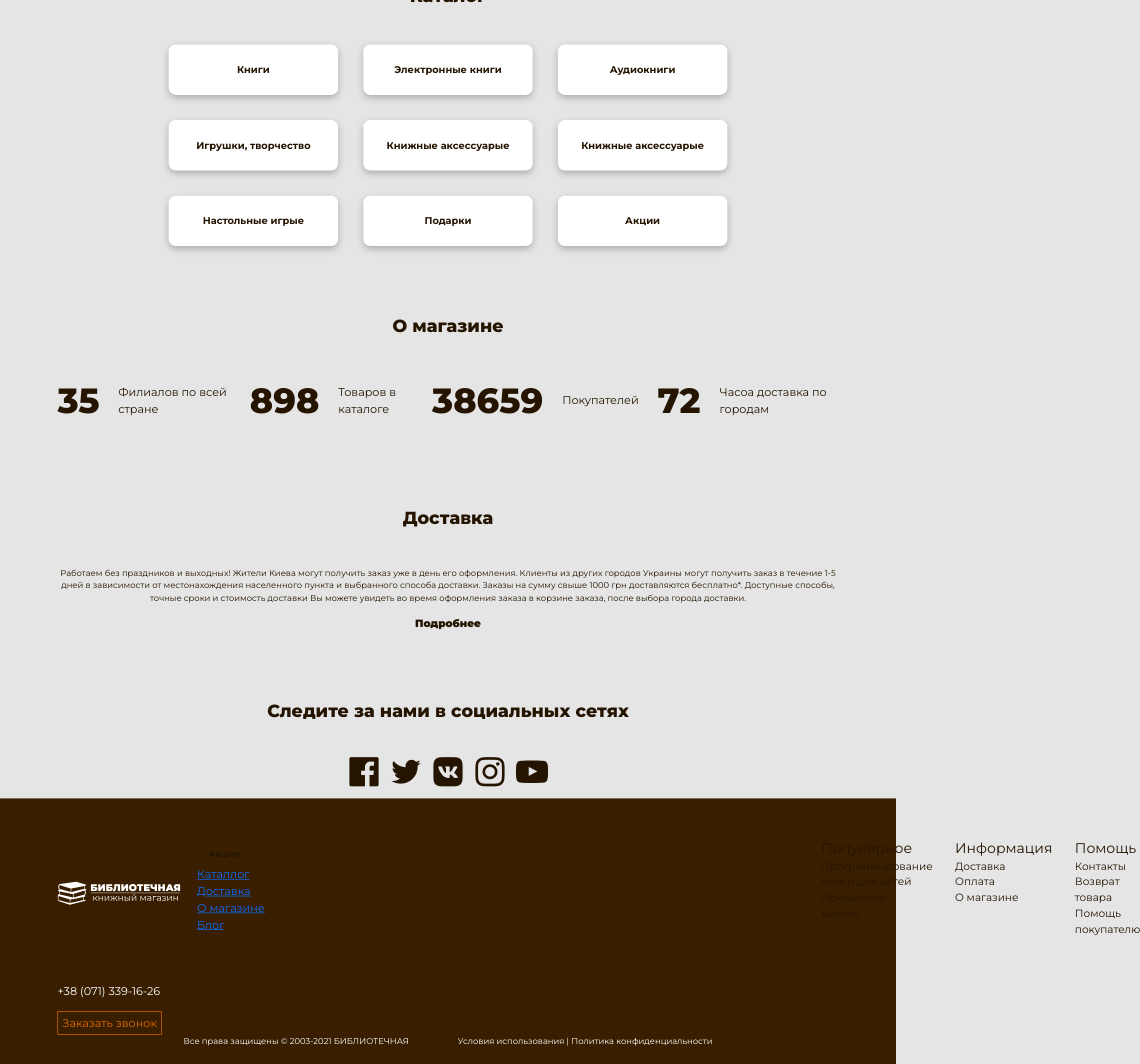
Repository: saidabbasun/Kutubxona
Page: /
The author's editor kept a copy of each file at every save. The page is drawn from the files as they stood at one save, then again after a run of saves.
The browser window is 1280 px wide. The page is 1629 px wide, so the pictures cover 1629 px, including what lies to the right of the window. The pictures show the part of the page from y = 2342 to 3862 px (the page is 3862 px tall), at 70% of full size.
The project was rebuilt for these pictures with package versions that can differ from the ones it lists, and the page was loaded fresh each time.

Above is the page before, as saved 2022-05-31 05:22:39.

### public/index.html
<!DOCTYPE html>
<html lang="en">
  <head>
    <meta charset="utf-8" />
    <link rel="icon" href="%PUBLIC_URL%/favicon.ico" />
    <meta name="viewport" content="width=device-width, initial-scale=1" />
    <meta name="theme-color" content="#000000" />

    <meta
      name="description"
      content="Web site created using create-react-app"
    />
    <link rel="stylesheet" href="https://unicons.iconscout.com/release/v4.0.0/css/line.css">

    <link href="https://cdn.jsdelivr.net/npm/bootstrap@5.0.2/dist/css/bootstrap.min.css" rel="stylesheet" integrity="sha384-EVSTQN3/azprG1Anm3QDgpJLIm9Nao0Yz1ztcQTwFspd3yD65VohhpuuCOmLASjC" crossorigin="anonymous">
    <title>React App</title>
  </head>
  <body>
    <noscript>You need to enable JavaScript to run this app.</noscript>
    <div id="root"></div>
    <script src="https://cdn.jsdelivr.net/npm/bootstrap@5.2.0-beta1/dist/js/bootstrap.bundle.min.js" ></script>

  </body>
</html>

### src/App.js
import Home from "./Components/Home/Home.jsx"
import Catagory from './Components/Home/Catagory';
import './Style/Globl/_globl.scss'
import Aktsiya from "./Components/Aktsiya/Aktsiya.jsx";
import Catalog from "./Components/Ctalog/Catalog.jsx";
import About from "./Components/About/About.jsx";
import Dastafka from "./Components/Dastafka/Dastafka.jsx";
import Blog from "./Components/Blog/Blog.jsx";
import Footer from "./Components/Footer/Footer.jsx";
function App() {
  return (
    <div>
    <Home/>
    <Catagory/>
    <Aktsiya/>
    <Catalog/>
    <About/>
    <Dastafka/>
    <Blog/>
    <Footer/>
    </div>
  );
}

export default App;

### src/Components/Home/Home.jsx
import React from 'react'
import Header from './Header'
import Slider from '../../assets/img/Слайдер.png'
import '../../Style/Home/Home.scss';
const Home = () => {
  return (
    <div >
      <Header/>
      <div className=" container-xl  Aktsiya " id='Aktsiya'  >

      <div className="card">
  <div className="card-body ">
    <h1 className="card-title ">Киниги от  А до Я</h1>
    <p className="card-text">В нашем магазине можно найти книгу на любой вкус. Большой ассортимент. Приятные цены. Интересные сюжеты.</p>
    <a href="#" className="btn">Перейти в каталог</a>

</div>
</div>

        <div className=" HomeSlider">
          <img className='HomeSlider' src={Slider} alt="Slider" />
        </div>
      </div>


    </div>
  )
}

export default Home;

### src/Components/Home/Catagory.jsx
import "../../Style/Home/Catagory.scss";

import React from 'react'

import Carusel from "./Carusel";

const Catagory = () => {
  return (
    <div>
       <div className="mt-5 container-xl caruselContainer" >
          <nav class="navbar navbar-expand-xl navbar-light  d-flex align-items-center ">
            <a class="navbar-brand fw-bold">Горячие поступления </a>

            <ul class="navbar-nav mr-auto">
              <li class="nav-item active">
                <a class="nav-link" href="#">
                  Фантастика
                </a>
              </li>
              <li class="nav-item">
                <a class="nav-link" href="#">
                  Саморазвитие
                </a>
              </li>
              <li class="nav-item">
                <a class="nav-link" href="#">
                  Детективы
                </a>
              </li>
              <li class="nav-item active">
                <a class="nav-link" href="#">
                  Детские
                </a>
              </li>
              <li class="nav-item">
                <a class="nav-link" href="#">
                  Аудиокниги
                </a>
              </li>
              <li class="nav-item">
                <a class="nav-link" href="#">
                  Другие
                </a>
              </li>
            </ul>
          </nav>

          <Carusel/>

          </div>
    </div>
  )
}

export default Catagory

### src/Style/Globl/_globl.scss
@import './variable';
@import './font-face.scss';
@import './Media.scss';

*{
    box-sizing: border-box;
    margin: 0;
    padding: 0;
    color: $color_text  ;
    list-style: none;
}
body{
    font-family: Montserrat;
    background: $color_bg;
    color: $color_text;
}

textarea:hover,
input:hover,
textarea:active,
input:active,
textarea:focus,
input:focus,
button:focus,
button:active,
button:hover,
label:focus,
.btn.active
{

    outline:0px !important;
    -webkit-appearance:none;
    box-shadow: none !important;
}
.container{
    width: 80vw;
    margin: 0 auto;
}
button,
a,
i{
    cursor: pointer;
}

### src/Components/Aktsiya/Aktsiya.jsx
import React from 'react'
import '../../Style/Aktsiya/Aktsiya.scss'
import Carusel from '../Home/Carusel'
import '../../Style/Home/Catagory.scss'
const Aktsiya = () => {
  return (
    <div>
        <div className="container-xl caruselContainer pt-5 mt-5" >
         <div className="title">
             <p>Распродажа</p>
         </div>

         <Carusel/>
         </div>

    </div>
  )
}

export default Aktsiya

### src/Components/Ctalog/Catalog.jsx
import React from 'react'
  import '../../Style/Catalog/Catalog.scss';
const Catalog = () => {

 const  listItem=['Книги','Электронные книги','Аудиокниги','Игрушки, творчество','Книжные аксессуарые','Книжные аксессуарые','Настольные игрые','Подарки','Акции']
  return (
    <div className=' container-xl  mt-5' id='Katalog'>
        <div className="title   pt-5">
            <p>Каталог</p>
        </div>
        <div className="CatalogWrapper" >
          {listItem.map((text,ind)=>(

     <a key={ind}   className='Button ' href="#"> <span className='btnText'>{text} </span></a>



          ))}
          </div>
        </div>

  )
}

export default Catalog

### src/Components/About/About.jsx
import React from 'react'
import '../../Style/About/Abot.scss'
const About = () => {
const listItem=[
    {id:1, Namber:35,Text:'  Филиалов по всей стране'},
    {id:2, Namber:  898,Text:'   Товаров в каталоге'},
    {id:3, Namber:  38659,Text:' Покупателей'},
    {id:4, Namber:72,Text:'   Часоа доставка по городам'},
]
  return (

           <div className="container-xl pt-5 mt-5" id='About'>
               <div className="title">
             <p>О магазине</p>
         </div>
         <div className="Wrapperr">


               {listItem.map((data,id)=>(
         <div key={id} className='Wrapperr' >
         <p className="Namber">
             {data.Namber}
         </p>
         <p className="Text">
         {data.Text}
         </p>
         </div>
               ))}
           </div>



    </div>
  )
}

export default About

### src/Components/Dastafka/Dastafka.jsx
import React from 'react'
import '../../Style/Dastafka/Dastafka.scss'
const Dastafka = () => {
  return (
    <div className="container-xl pt-5 mt-5" id='About'>
    <div className="title">
        <p>Доставка</p>
    </div>
    <div className="d_Text">
        <p>Работаем без праздников и выходных! Жители Киева могут получить заказ уже в день его оформления. Клиенты из других городов Украины могут получить заказ в течение 1-5 дней в зависимости от местонахождения населенного пункта и выбранного способа доставки. Заказы на сумму свыше 1000 грн доставляются бесплатно*. Доступные способы, точные сроки и стоимость доставки Вы можете увидеть во время оформления заказа в корзине заказа, после выбора города доставки.


</p>
<a href="#" className='d_link'>Подробнее</a>
    </div>
    </div>
  )
}

export default Dastafka

### src/Components/Blog/Blog.jsx
import '../../Style/Blog/Blog.scss';
import React from 'react'

const Blog = () => {
  return (

         <div className="container-xl pt-5 mt-5" id='About'>
    <div className="title">
        <p>Следите за нами в социальных сетях</p>
    </div>

    <div className="Blog">
        <a href="#"><i class="uil uil-facebook blogIcon "></i></a>
        <a href="#"><i class="uil uil-twitter blogIcon"></i></a>
        <a href="#"><i class="uil uil-vk blogIcon"></i></a>
        <a href="#"><i class="uil uil-instagram blogIcon"></i></a>
        <a href="#"><i class="uil uil-youtube blogIcon"></i></a>
    </div>
 </div>
  )
}

export default Blog

### src/Components/Footer/Footer.jsx
import '../../Style/Footer/Footer.scss';
import React from 'react'
import Logo from '../../assets/icon/FooterLogo.svg'

const Footer = () => {
  return (
    <div className='Footer'>
        <div className="GridItem  container-xl">

       <div>
       <img src={Logo} alt="" />
       </div>
       <div className='footerNavMenu'>

        <ul className="menu ">
      <li className="item ">
        <a className="nav-link" href="#">Акции </a>
      </li>
      <li className="item">
        <a className="link" href="#">Каталлог</a>
      </li>
      <li className="item ">
        <a className="link" href="#">Доставка </a>
      </li>
      <li className="item">
        <a className="link" href="#">О магазине</a>
      </li>

      <li className="item">
        <a className="link " href="#">Блог</a>
      </li>
    </ul>
        </div>
      <div className="List">
        <ul>
            <li>Популярное</li>
            <li> Программирование</li>
            <li>Книги для детей</li>
            <li> Психология</li>
            <li> Бизнес</li>
        </ul>
        <ul>
            <li>Информация</li>
            <li>  Доставка  </li>
            <li> Оплата</li>
            <li>  O магазине</li>

        </ul>
        <ul>
            <li>Помощь</li>
            <li>  Контакты</li>
            <li> Возврат товара</li>
            <li> Помощь покупателю</li>

        </ul>
        </div>
        <div className="Tel">
            <p className="TelNumber">
            +38 (071) 339-16-26
            </p>
            <a href="#"><button className='tel_Btn   '>Заказать звонок</button></a>
        </div>
        </div>
        <div className="footerBootomText">
            <p className='Text'>Все права защищены © 2003-2021 БИБЛИОТЕЧНАЯ </p>
            <p className='Text'> Условия использования | Политика конфиденциальности</p>
        </div>
    </div>
  )
}

export default Footer

### src/Components/Home/Header.jsx

import React, { useEffect, useState }  from 'react'
import Logo  from '../../assets/icon/Logo.svg'
import Menu from '../../assets/icon/Menu.svg'
import '../../Style/Home/Header.scss'
const Header = () => {
  const [small, setSmall] = useState(false);

  useEffect(() => {
    if (typeof window !== "undefined") {
      window.addEventListener("scroll", () =>
        setSmall(window.pageYOffset >=100)
      );
    }
  }, []);
  return (
    <div className={`header ${
      small ? "HeaderBg" : ""
    }`}>
    <nav className="navbar container-xl justify-content-around navbar-expand-lg navbar-light ">
  <a className="navbar-brand" href="#">
    <img src={Logo} alt="logo" />
  </a>



    <ul className="navbar-nav ">
      <li className="nav-item active">
        <a className="nav-link" href="#">Акции </a>
      </li>
      <li className="nav-item">
        <a className="nav-link" href="#">Каталлог</a>
      </li>
      <li className="nav-item ">
        <a className="nav-link" href="#">Доставка </a>
      </li>
      <li className="nav-item">
        <a className="nav-link" href="#">О магазине</a>
      </li>

      <li className="nav-item">
        <a className="nav-link " href="#">Блог</a>
      </li>
    </ul>

  <form className="  searchForm">
  <i className="uil uil-search"></i>
      <input className="form-control" type="search" placeholder=" Поиск" aria-label="search"/>

    </form>
    <div className='heartCart d-flex  '>
    <i className="uil uil-heart"></i>
    <div className="cart d-flex align-items-center">
    <i className="uil uil-shopping-cart"></i>
    <div className="dropdown">
  <button  className="Btn  dropdown-toggle" type='button'  id="dropdownMenuButton" data-bs-toggle="dropdown" aria-haspopup="true" aria-expanded="false">
  2 228 грн.  </button>
  <ul className="dropdown-menu" aria-labelledby="dropdownMenuButton">
    <li><a className="dropdown-item" href="#">2 228 грн.</a></li>
    <li><a className="dropdown-item" href="#">3 228 грн.</a></li>
    <li><a className="dropdown-item" href="#"> 228 грн.</a></li>
  </ul>
</div>
</div>

        </div>
        <img className='menu  d-xxl-none ' src={Menu} alt="Menu" />
</nav>
</div>

  )
}

export default Header

### src/Style/Home/Home.scss
@import '../Globl/variable';
.Aktsiya{

   display: flex;
 align-items: center;
   row-gap: 200px;
   padding-top: 161px;
   padding-bottom:80px ;

.card{
    background-color: transparent;

    border: none;

}
.card-title{
    font-family: MontserratBolt;
    font-weight: 900;
font-size: 36px;
font-style: normal;
}

}
.HomeSlider{
    max-width: 600px;
}

### src/Style/Home/Catagory.scss
@import '../Globl/variable';

    .cardWrapper{
     padding: 50px   0 ;

    }

    .Catagorycard{

          margin: 20px 0px 20px 40px;
    max-width: 184px;
    box-shadow: 0px 4px 15px rgba(0, 0, 0, 0.25);
}
.card-title{
    font-family: MontserratBolt;
    font-weight: 700;
font-size: 18px;
}
.card-text{
    font-weight: 700;
font-size: 12px;
}
.bookName{
    font-family: MontserratBolt;
    font-style: normal;
font-weight: 700;
font-size: 12px;
}
.btn{
    font-family: MontserratBolt;
    background-color:$color_HeartCart ;
    box-shadow: 0px 3px 8px rgba(225, 106, 0, 0.19);
    color: $color_white;
    font-weight: 900;
font-size: 12px;
text-transform: uppercase;
}
i{
    font-size: 20px;
    color: $color_HeartCart;
}

.scrollInput{
  margin-top: 47px;
  width: 100%;
  display: flex;
  justify-content: center;
}


input[type="range"] {
  -moz-appearance: none;
  -webkit-appearance: none;
  background: #D7D7D7;
  border-radius: 3px;
  height: 6px;
  width: 300px;
  cursor: pointer;
}
  input[type="range"]::-webkit-slider-thumb {
    appearance: none;
    -webkit-appearance: none;
    background-color:$color_text;
    background-image: url("data:[embedded picture, 262 characters]");
    background-position: center;
    background-repeat: no-repeat;
    border: 0;
    border-radius: 50%;
    cursor: pointer;
    height: 36px;
    width: 36px;
  }


  input[type="range"]::-moz-focus-outer {
    border: 0;
  }

### src/Components/Home/Carusel.jsx

import Slider from "react-slick";
import React, { Component } from "react";
import Book2 from "../../assets/img/image 2.png";
import Book3 from "../../assets/img/image 3.png";
import Book4 from "../../assets/img/image 4.png";
import Book5 from "../../assets/img/image 5.png";
import Book6 from "../../assets/img/image 6.png";
import "../../Style/Home/Catagory.scss";
import "slick-carousel/slick/slick.css";
import "slick-carousel/slick/slick-theme.css";

export default class Carusel extends Component {

    state = {
      slideIndex: 0,
      updateCount: 0,
    };


    render() {
     const listItem=[
        {id:1, img: Book2 , title:"300 грн",bookName:"Порядок в Хаосе",text:"ПКонстантин Коптелов"},
        {id:2, img: Book3 , title:"300 грн",bookName:"Порядок в Хаосе",text:"ПКонстантин Коптелов"},
        {id:3, img: Book4 , title:"300 грн",bookName:"Порядок в Хаосе",text:"ПКонстантин Коптелов"},
        {id:4, img: Book5 , title:"300 грн",bookName:"Порядок в Хаосе",text:"ПКонстантин Коптелов"},
        {id:5, img: Book6 , title:"300 грн",bookName:"Порядок в Хаосе",text:"ПКонстантин Коптелов"},
        {id:6, img: Book2 , title:"300 грн",bookName:"Порядок в Хаосе",text:"ПКонстантин Коптелов"},
        {id:7, img: Book3 , title:"300 грн",bookName:"Порядок в Хаосе",text:"ПКонстантин Коптелов"},
        {id:8, img: Book4 , title:"300 грн",bookName:"Порядок в Хаосе",text:"ПКонстантин Коптелов"},
        {id:9, img: Book5 , title:"300 грн",bookName:"Порядок в Хаосе",text:"ПКонстантин Коптелов"},
      ]
      const settings = {
        dots: false,

        infinite: true,
        speed: 500,
        slidesToShow: 5,
        slidesToScroll: 1,

        afterChange: () =>
          this.setState((state) => ({ updateCount: state.updateCount + 1 })),
        beforeChange: (current, next) => this.setState({ slideIndex: next }),
        responsive: [
          {
            breakpoint: 1024,
            settings: {
              slidesToShow: 5 ,
              slidesToScroll: 1,
              infinite: true,
              dots: true,
            },
          },
          {
            breakpoint:992 ,
            settings: {
              slidesToShow: 3,
              slidesToScroll: 1,
              initialSlide: 2,
            },
          },
          {
            breakpoint: 480,
            settings: {
              slidesToShow: 2,
              slidesToScroll: 1,
            },
          },
        ],
      };

      return (
<div>
<div className="cardWrapper">
            <Slider
              className="Slider"
              ref={(slider) => (this.slider = slider)}
              id="Card"
              {...settings}
            >
         {listItem.map((data,ind)=>(
                <div key={ind} class="card Catagorycard">
                <img className="card-img-top p-4" src={data.img} alt="Card image cap" />
                <div className="card-body">
                  <h5 className="card-title ">{data.title}</h5>
                  <p className="bookName mb-0 fw-bold"> {data.bookName}</p>
                  <p className="card-text ">{data.text} </p>
                  <div className="d-flex align-items-center">
                    <a   href="#" className="btn  rounded m-2">
                      В корзину
                    </a>
                    <i className="uil uil-heart"></i>
                  </div>
                </div>
              </div>
         ))}
            </Slider>
            <div className="scrollInput">
              <input
                onChange={(e) => this.slider.slickGoTo(e.target.value)}
                value={this.state.slideIndex}
                type="range"
                min={0}
                max={listItem.length-1}
              />
            </div>
         </div>
       </div>
      );
    }
  }

### src/Style/Globl/_variable.scss
// colorcolor_HeartCart
$color_white:#FFFFFF;
$color_bg:#E5E5E5;
$color_border: rgba(105, 103, 100, 0.59);
$color_HeartCart:#E16A00;
$color_text:#241400;
$color_footer:#391F00;

### src/Style/Globl/font-face.scss


@font-face {
    font-family:MontserratBolt ;

    src:  url('../../assets/fontFamily/Montserrat/static/Montserrat-ExtraBold.ttf');
  }
  @font-face {
    font-family:Montserrat ;

    src:  url('../../assets/fontFamily/Montserrat/Montserrat-VariableFont_wght.ttf');
  }

### src/Style/Globl/Media.scss
@import './variable';


// Tablet media query

@media (max-width: 992px) {


    .navbar-nav {
    display: none;

    }
    .Aktsiya{
        flex-direction: column;
        text-align: center;

            gap: 50px;
    }

    .caruselContainer{
        width: 88vw;
    }

    .Catagorycard{
        margin: 20px 0px 20px 15px;
    }



   }

### src/Style/Aktsiya/Aktsiya.scss
.title{
    font-weight: 900;
font-size: 25px;
font-family: MontserratBolt;
text-align: center;
margin-bottom: 50px;
}

### src/Style/Catalog/Catalog.scss
@import '../Globl/variable';

.CatalogWrapper{
    max-width: 798px;
    margin: 0 auto;
    display:grid;
    grid-template-columns:repeat(3,1fr);
    gap: 36px;
}
.Button{
    background:$color_white;
box-shadow: 0px 4px 11px rgba(0, 0, 0, 0.25);
border-radius: 10px;
border: none;
padding: 24px 0;
text-align: center;
text-decoration: none;
}
.btnText{

 color: $color_text;
    font-weight: 700;
    font-size: 14px;
}

### src/Style/About/Abot.scss
@import '../Globl/variable';

.Wrapperr{
    display: flex;
    align-items: center;
    column-gap: 27px;
    justify-content: center;
}
.Namber{
    font-style: normal;
font-weight: 900;
font-size: 50px;
font-family: MontserratBolt;
}
@media (max-width: 992px) {
    .Wrapperr{
        display: grid;
        grid-template-columns: auto auto;
    }
}

### src/Style/Dastafka/Dastafka.scss
@import '../Globl/variable';
.d_Text{
    font-style: normal;
font-weight: 400;
font-size: 12px;
display: flex;
flex-direction: column;
align-items: center;
text-align: center;

}
.d_link{
    text-decoration: none;
    color: $color_text;
    font-size: 15px;
    font-weight: 900;
    &:hover{
        color: #000;
    }
}

### src/Style/Blog/Blog.scss
@import '../Globl/variable';
.blogIcon{

    color: $color_text;
    font-size: 50px;
    padding: 5px;

}
.Blog{
    margin-top: -20px;
    text-align: center;
}

### src/Style/Footer/Footer.scss
@import '../Globl/variable';
.Footer{
    padding: 6px 0 8px;
    background-color: $color_footer;

}
.footerMenu{

        display: none;
        .nav-link{
            font-size: 10px;
            font-weight: 400;
            color:$color_white
        }
    }



.GridItem{
    display: grid;
 grid-template-columns: 15% 1fr 15%;

    align-items: center;

}
.List{
    font-style: normal;
font-weight: 400;
font-size: 15px;
    display: grid;
grid-template-columns: repeat(3,1fr);
padding: 50px 110px;

}

.Tel{
    display:grid ;
    grid-column: 10px;

}
.TelNumber{
    color: $color_white;
}
.tel_Btn{
    background-color: transparent;
    border: 1px solid $color_HeartCart;
    color: $color_HeartCart;
    padding: 4px 6px;
}

li:nth-child(1) {
        font-size: 20px;
}
.footerBootomText{
    display: flex;
    align-self: center;
    justify-content: center;
    gap:70px;

    .Text{
        font-weight: 400;
        font-size: 12px;
        color: $color_white;
    }
}

@media (max-width: 992px) {
    .footerMenu{
   display: block;
      .navbar-nav {

        justify-content: center;
        align-items: center;



    }
    }

.GridItem {
      grid-template-columns:auto 600px  auto;
      grid-auto-flow: dense;
     row-gap: 5px;
    }
    .List {
        grid-column: 1 / 4;
      }

}

### src/Style/Home/Header.scss
@import '../Globl/variable';

.header{
    position: fixed;
    left: 0;
    right: 0;
    top: 0;
    z-index: 999;
}

.nav-link{
 color: $color_text;
font-weight: 600;
font-size: 13px;
}
.nav-link:hover{
    color: #000;
}

.searchForm{
    max-width: 200px;
    display: flex;
    align-items: center;
    border-bottom: 1px solid  $color_border;
    input{
        border: none;
        background: transparent;
        font-size: 12px;
    }

    input:focus{
        box-shadow: none;
        background: transparent;
    }
}
.heartCart{
gap: 10px;
i{

    color: $color_HeartCart;
    font-size: 40px;

}
}
.dropdown {

    button{
border: none;
outline: none;
background-color: transparent;
        font-size: 14px;
            }
}
.dropdown-menu{
    font-weight: 400;
    font-size: 14px;
    background-color: $color_bg;
}
.HeaderBg{
    background-color: $color_white;
    box-shadow: 0px 15px 10px -15px #000;
  }

Loaded but not shown: src/index.js (common file)

After the next 3 saves:
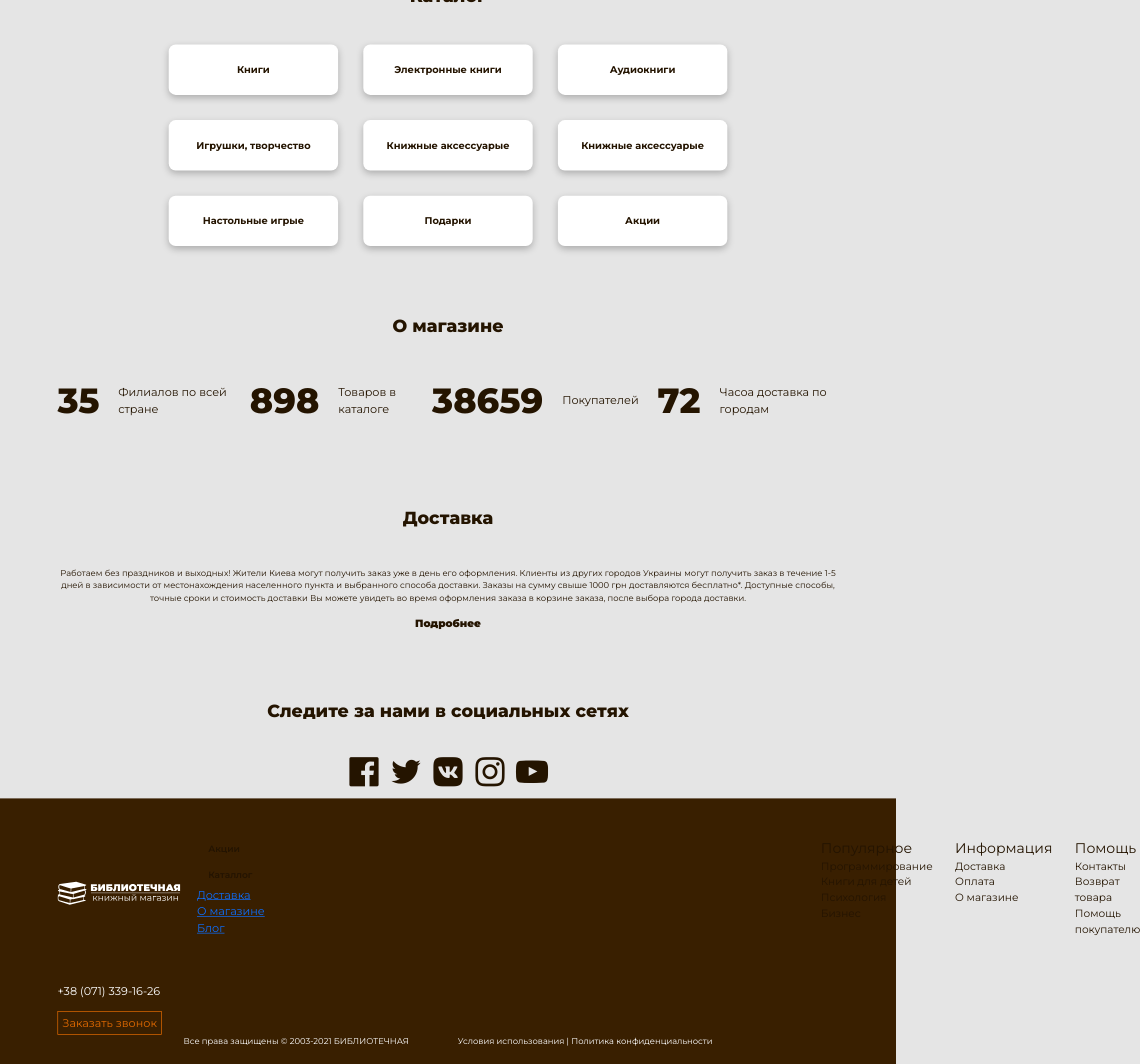
The 3 saves are shown as one change because they came seconds apart.
The last was saved 12 s later.
--- a/src/Components/Footer/Footer.jsx
+++ b/src/Components/Footer/Footer.jsx
@@ -17,7 +17,7 @@
         <a className="nav-link" href="#">Акции </a>
       </li>
       <li className="item">
-        <a className="link" href="#">Каталлог</a>
+        <a className="nav-link" href="#">Каталлог</a>
       </li>
       <li className="item ">
         <a className="link" href="#">Доставка </a>
